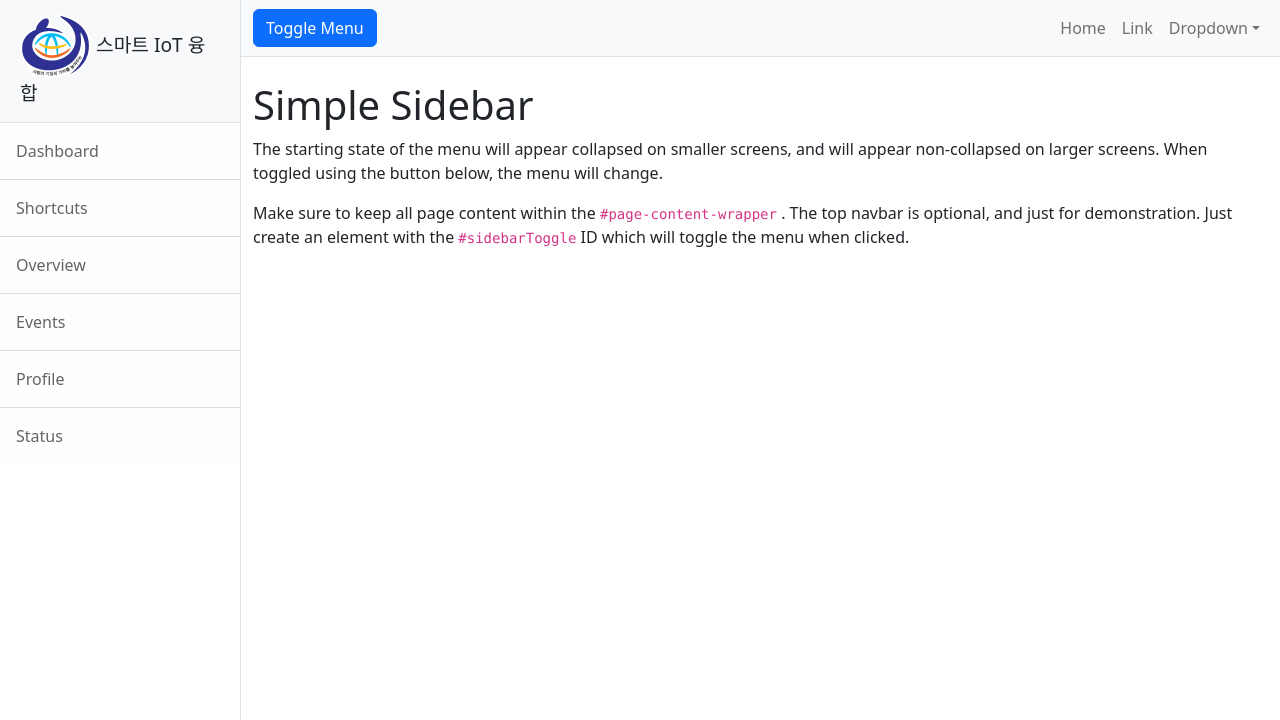
Repository: honsb91/Study_Spring
Page: http://localhost/02.Smart/WEB-INF/views/layout.jsp
An editor plug-in stored every save of this project. The page is shown before and after the next save, followed by the edit.
The browser window is 1280 px wide. The pictures show the whole page.
The page is served by Tomcat 9. Nobody is signed in. The template is opened directly, without the code that normally fills it, so the values that code supplies are empty.

Above is the page before, as saved 2023-12-21 02:32:55.

After the next save:
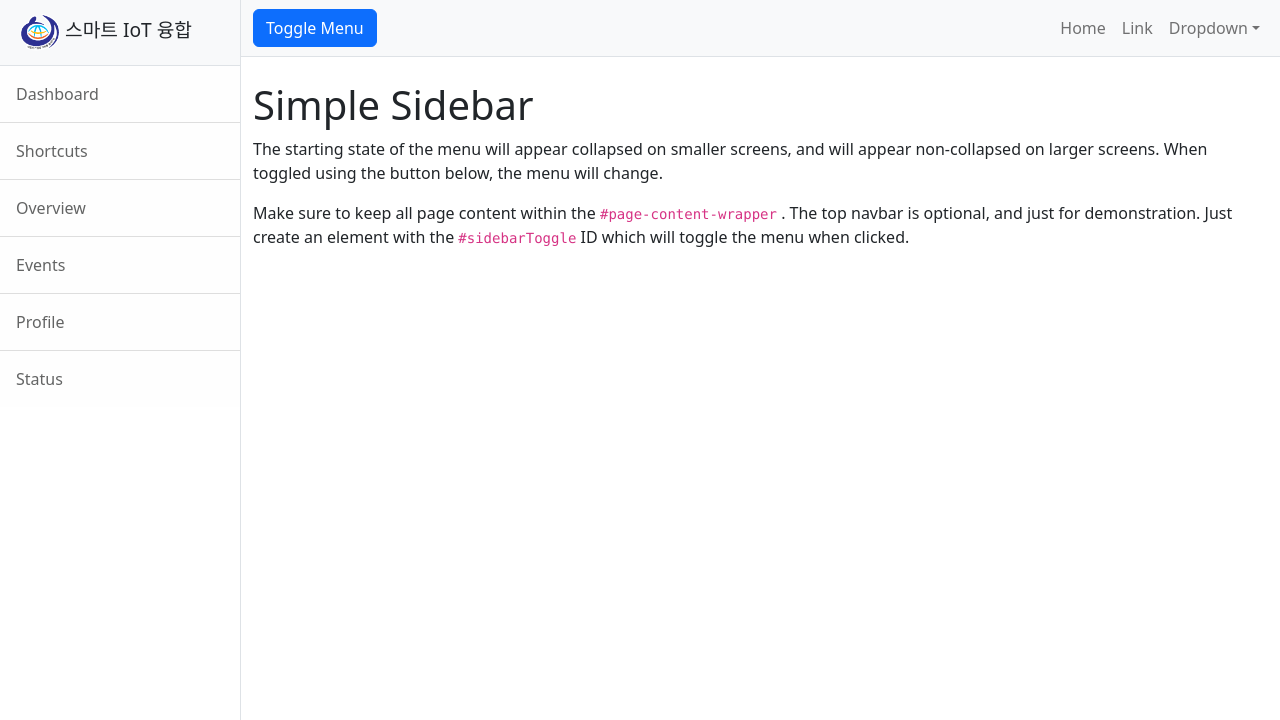
Saved 48 s later.
--- a/WorkSpace/02.Smart/src/main/webapp/WEB-INF/views/layout.jsp
+++ b/WorkSpace/02.Smart/src/main/webapp/WEB-INF/views/layout.jsp
@@ -21,7 +21,7 @@
 		<!-- Sidebar-->
 		<div class="border-end bg-white" id="sidebar-wrapper">
 			<div class="sidebar-heading border-bottom bg-light">
-				<img src="img/hanul.logo.png">
+				<img src="img/hanul.logo.png" style="width: 20%">
 				<span>스마트 IoT 융합</span>
 			</div>
 			<div class="list-group list-group-flush">
